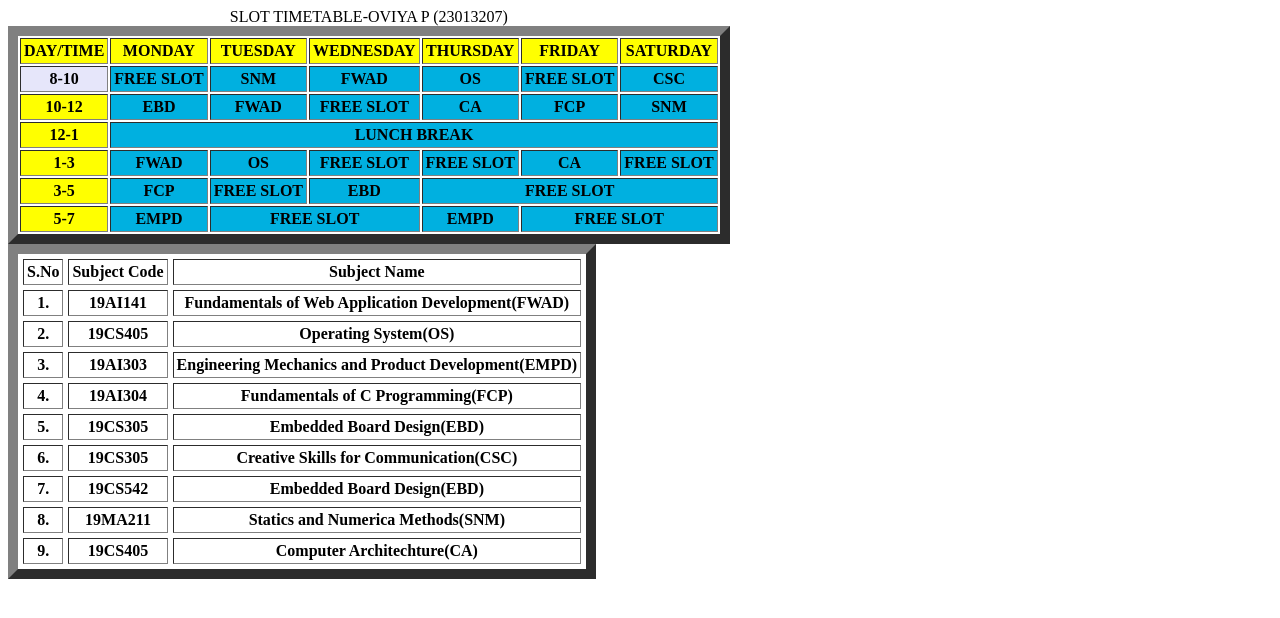
Repository: Oviya24032K6/slot
Page: oviya/static/time.html
An editor plug-in stored every save of this project. The page is shown before and after the next save, followed by the edit.
The browser window is 1280 px wide. The pictures show the whole page.

Above is the page before, as saved 2024-03-15 20:33:56.

### oviya/static/time.html
<html>
    <head>
        <title>SLOT TIMETABLE-OVIYA P (23013207)</title>
    </head>
    <body bgcolor="white" align="center" >
    <table align="left" border="10" cellspacing="2" cellpadding="3">
    <caption>SLOT TIMETABLE-OVIYA P (23013207)</caption>
        <tr>
            <th bgcolor="yellow">DAY/TIME</th>
            <th bgcolor="yellow">MONDAY</th>
            <th bgcolor="yellow">TUESDAY</th>
            <th bgcolor="yellow">WEDNESDAY</th>
            <th bgcolor="yellow">THURSDAY</th>
            <th bgcolor="yellow">FRIDAY</th>
            <th bgcolor="yellow">SATURDAY</th>
        </tr>
        <tr>
            <th bgcolor="lavender">8-10</th>
            <th bgcolor="sky blue">FREE SLOT</th>
            <th bgcolor="sky blue">SNM</th>
            <th bgcolor="sky blue">FWAD</th>
            <th bgcolor="sky blue">OS</th>
            <th bgcolor="sky blue">FREE SLOT</th>
            <th bgcolor="sky blue">CSC</th>
        </tr>
        <tr>
            <th bgcolor="yellow">10-12</th>
            <th bgcolor="sky blue">EBD</th>
            <th bgcolor="sky blue">FWAD</th>
            <th bgcolor="sky blue">FREE SLOT</th>
            <th bgcolor="sky blue">CA</th>
            <th bgcolor="sky blue">FCP</th>
            <th bgcolor="sky blue">SNM</th>
        </tr>
        <tr>
            <th bgcolor="yellow">12-1</th>
            <th bgcolor="sky blue" colspan="6">LUNCH BREAK</th>
        </tr>
        <tr>
            <th bgcolor="yellow">1-3</th>
            <th bgcolor="sky blue">FWAD</th>
            <th bgcolor="sky blue">OS</th>
            <th bgcolor="sky blue">FREE SLOT</th>
            <th bgcolor="sky blue">FREE SLOT</th>
            <th bgcolor="sky blue">CA</th>
            <th bgcolor="sky blue">FREE SLOT</th>
        </tr>
        <tr>
            <th bgcolor="yellow">3-5</th>
            <th bgcolor="sky blue">FCP</th>
            <th bgcolor="sky blue">FREE SLOT</th>
            <th bgcolor="sky blue">EBD</th>
            <th bgcolor="sky blue" colspan="4">FREE SLOT</th>
        </tr>
        <tr>
            <th bgcolor="yellow">5-7</th>
            <th bgcolor="sky blue" >EMPD</th>
            <th bgcolor="sky blue" colspan="2">FREE SLOT</th>
            <th bgcolor="sky blue" >EMPD</th>
            <th bgcolor="sky blue" colspan="2">FREE SLOT</th>

        </tr>

    </table>
    <br>
    <br>
    <table align="left" border="10" cellspacing="5" cellpadding="3">
        <tr>
            <th>S.No</th>
            <th>Subject Code</th>
            <th>Subject Name</th>
        </tr>
        <tr>
            <th>1.</th>
            <th>19AI141</th>
            <th>Fundamentals of Web Application Development(FWAD)</th>
        </tr>
        <tr>
            <th>2.</th>
            <th>19CS405</th>
            <th>Operating System(OS)</th>
        </tr>
        <tr>
            <th>3.</th>
            <th>19AI303</th>
            <th>Engineering Mechanics and Product Development(EMPD)</th>
        </tr>
        <tr>
            <th>4.</th>
            <th>19AI304</th>
            <th>Fundamentals of C Programming(FCP)</th>
        </tr>
        <tr>
            <th>5.</th>
            <th>19CS305</th>
            <th>Embedded Board Design(EBD)</th>
        </tr>
        <tr>
            <th>6.</th>
            <th>19CS305</th>
            <th>Creative Skills for Communication(CSC)</th>
        </tr>
        <tr>
            <th>7.</th>
            <th>19CS542</th>
            <th>Embedded Board Design(EBD)</th>
        </tr>
        <tr>
            <th>8.</th>
            <th>19MA211</th>
            <th>Statics and Numerica Methods(SNM)</th>
        </tr>
        <tr>
            <th>9.</th>
            <th>19CS405</th>
            <th>Computer Architechture(CA)</th>
        </tr>
    </table>
</body>
</html>
</html>

After the next save:
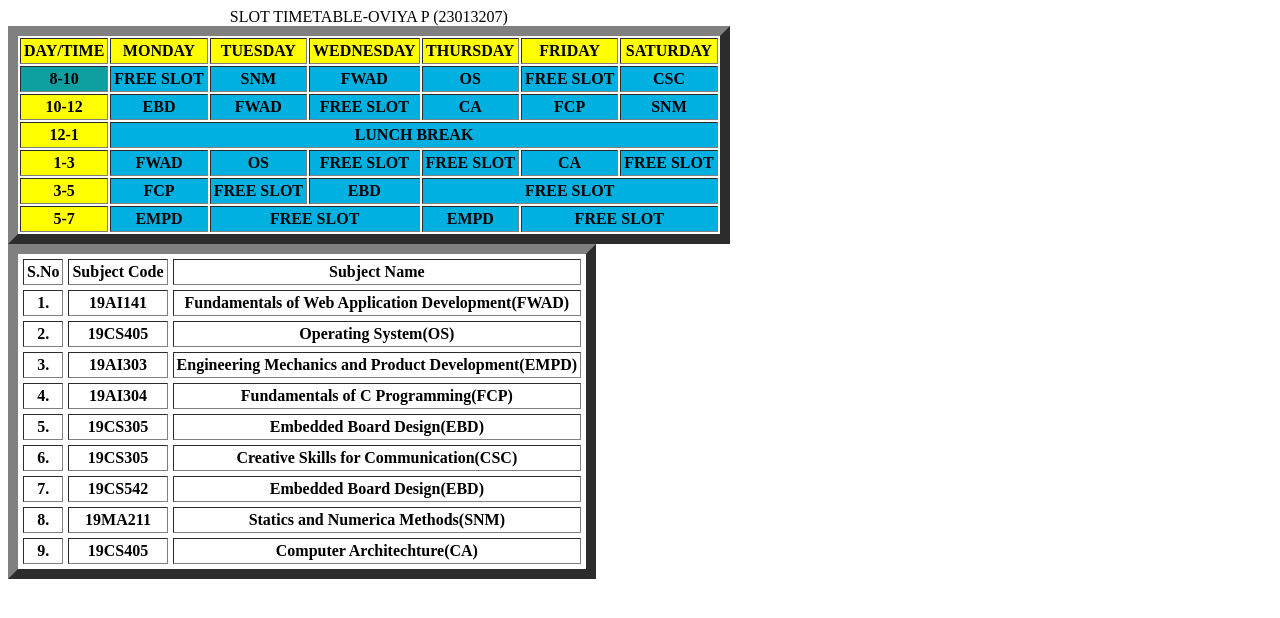
Saved 18 s later.
--- a/oviya/static/time.html
+++ b/oviya/static/time.html
@@ -15,7 +15,7 @@
             <th bgcolor="yellow">SATURDAY</th>
         </tr>
         <tr>
-            <th bgcolor="lavender">8-10</th>
+            <th bgcolor="meganta">8-10</th>
             <th bgcolor="sky blue">FREE SLOT</th>
             <th bgcolor="sky blue">SNM</th>
             <th bgcolor="sky blue">FWAD</th>
